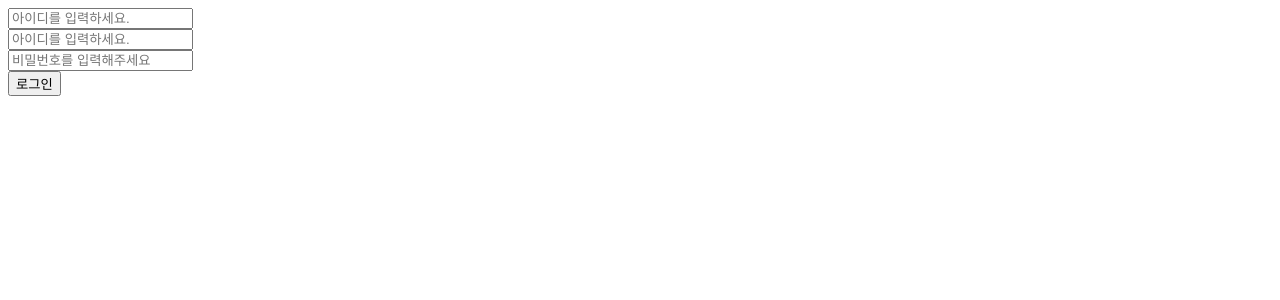
Repository: rmh6363/javastudy
Page: HelloWorld/WebContent/c.html
The author's editor kept a copy of each file at every save. The page is drawn from the files as they stood at one save, then again after the next save.
The browser window is 1280 px wide. The pictures show the whole page.

Above is the page before, as saved 2020-12-04 05:44:08.

After the next save:
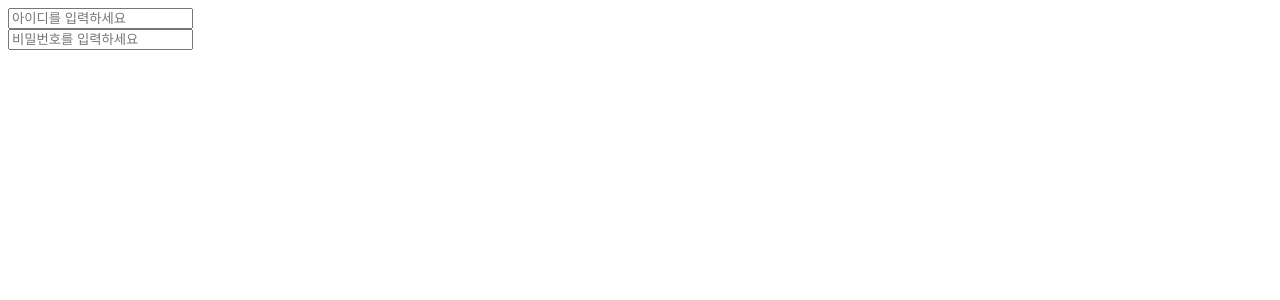
Saved 4 min 46 s later.
--- a/HelloWorld/WebContent/c.html
+++ b/HelloWorld/WebContent/c.html
@@ -5,16 +5,11 @@
 <title>Insert title here</title>
 </head>
 <body>
+<form action="a.html"></form>
+   <input name = "id" placeholder="아이디를 입력하세요">
+   <br>
+   <input name = "pw" placeholder="비밀번호를 입력하세요">
 
-<input placeholder="아이디를 입력하세요.">
-<br>
-<form action="b.html">
 
-  <input name = "id"  placeholder="아이디를 입력하세요.">
-  <br>
-  <input name = "pw"  placeholder="비밀번호를 입력해주세요">
-  <br>
-  <input type="submit" value="로그인">
-</form>
 </body>
 </html>
